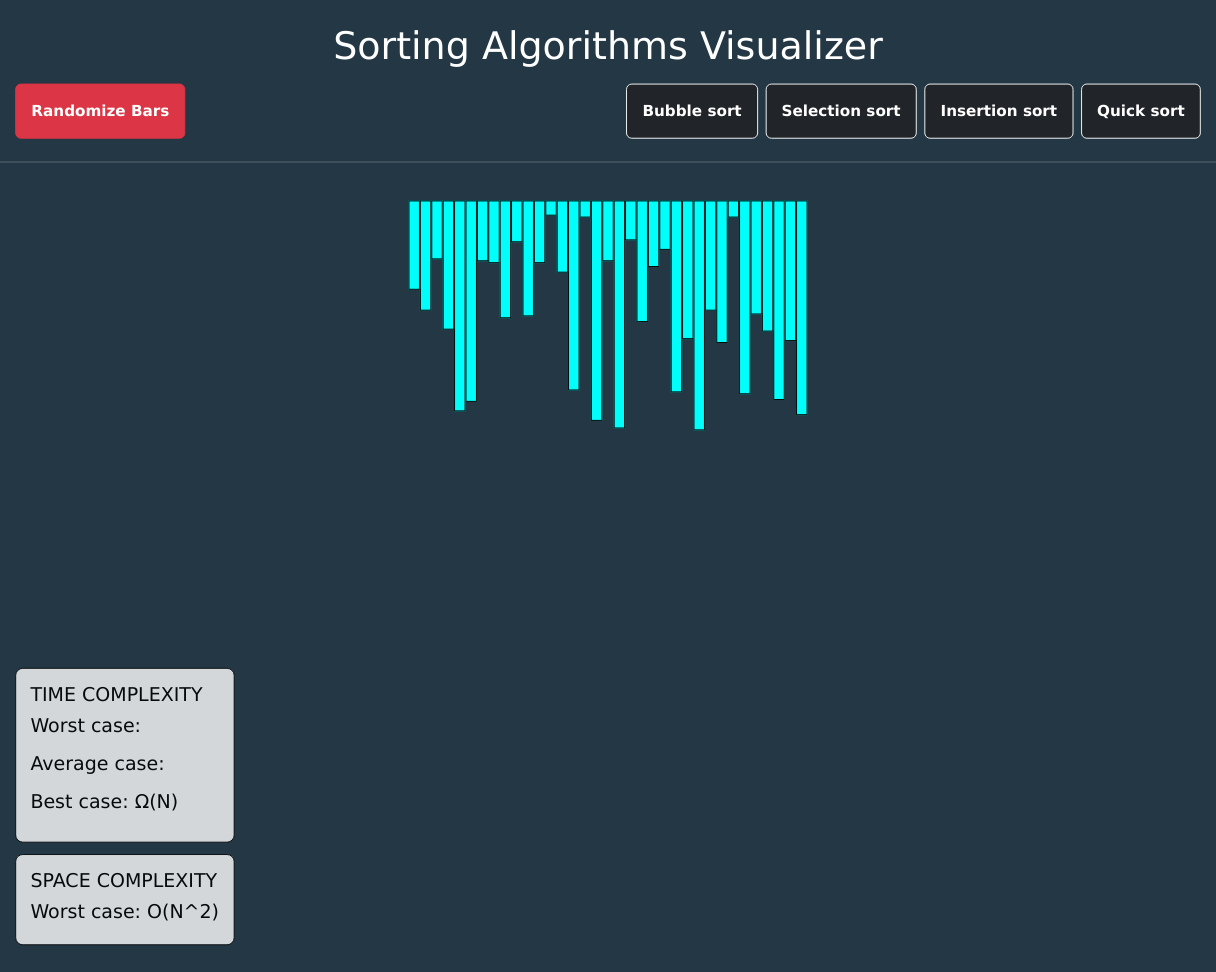
Repository: Vasil1001/Sorting-Algorithms-Visualizer-js
Page: views/index.html
The author's editor kept a copy of each file at every save. The page is drawn from the files as they stood at one save, then again after the next save.
The browser window is 1280 px wide. The pictures show the whole page, at 95% of full size.

Above is the page before, as saved 2022-11-04 01:24:39.

After the next save:
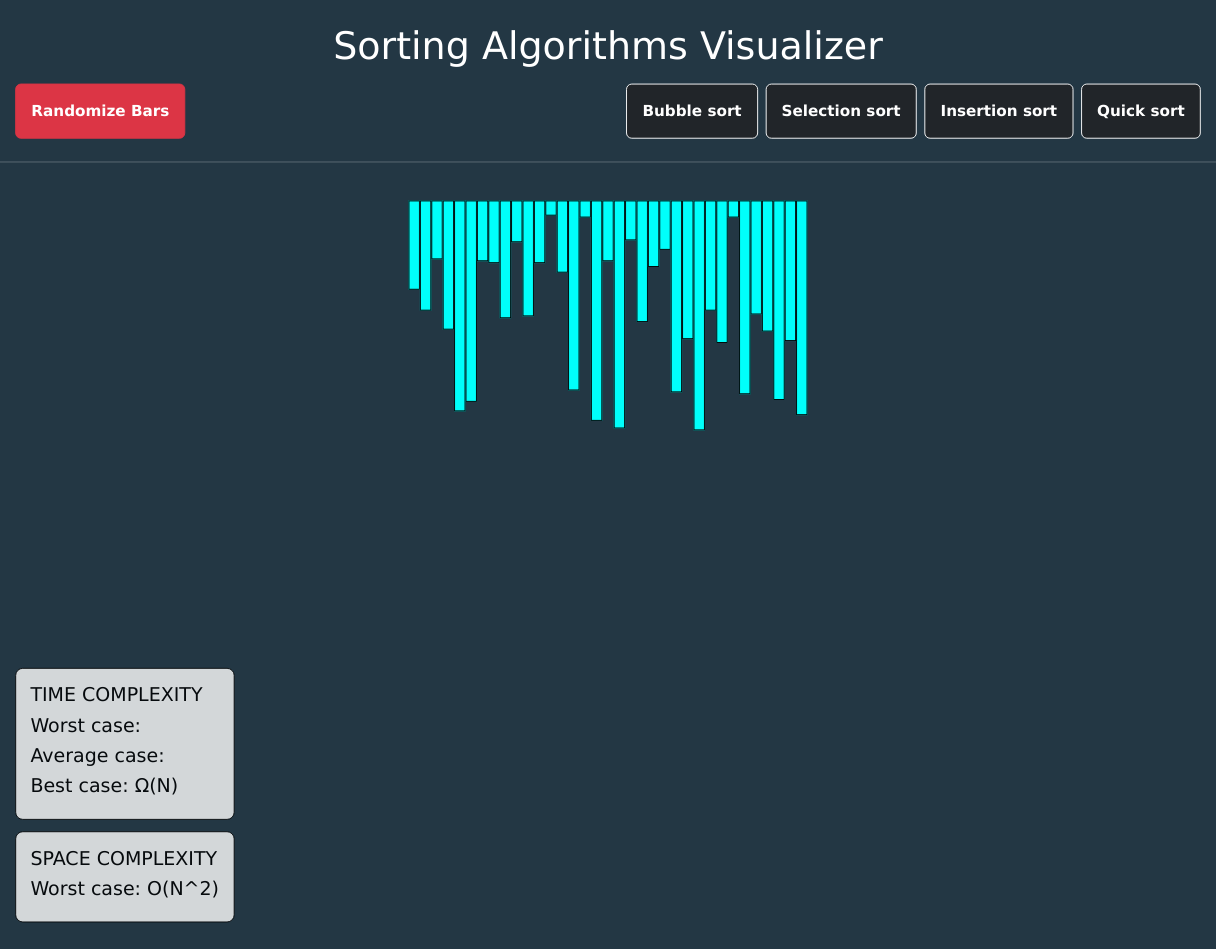
Saved 4 s later.
--- a/css/base.css
+++ b/css/base.css
@@ -38,3 +38,7 @@ body {
     padding: 15px;
     margin-bottom: 12px;
 }
+
+h4, p {
+    display: inline;
+}
